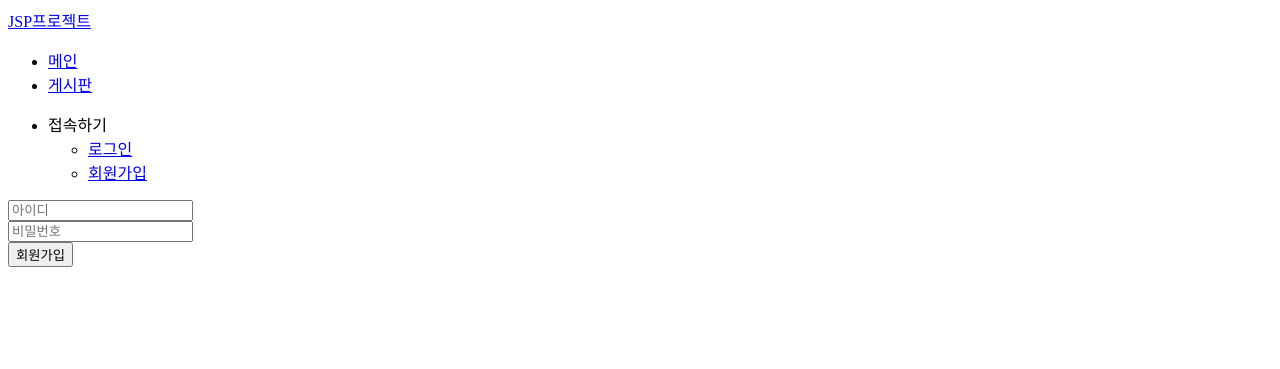
Repository: KimJeongSeok98/ComputerDepartmentPage-JSP
Page: http://localhost/JSP/join.jsp
The author's editor kept a copy of each file at every save. The page is drawn from the files as they stood at one save, then again after the next save.
The browser window is 1280 px wide. The pictures show the whole page.
The page is served by Tomcat 9.

Above is the page before, as saved 2022-06-04 17:19:54.

After the next save:
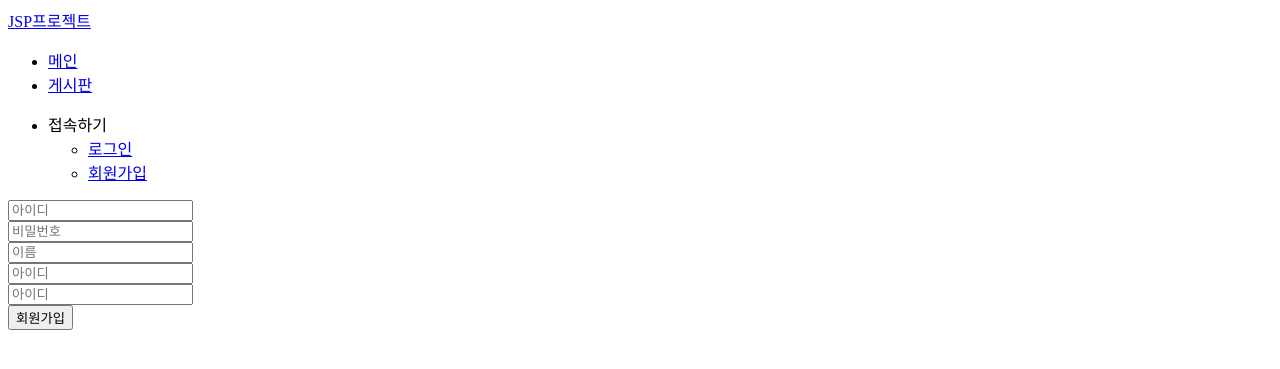
Saved 2 min 43 s later.
--- a/JSP/src/main/webapp/join.jsp
+++ b/JSP/src/main/webapp/join.jsp
@@ -45,6 +45,18 @@
 		</div>
 
 		<div>
+		<input type="text" class="form-control" placeholder="이름" name="userName" maxlength="10"> <!--이름/name="userName" << DB-->
+		</div>
+
+		<div>
+		<input type="text" class="form-control" placeholder="아이디" name="userID" maxlength="10"> <!--아이디/name="userID" << DB-->
+		</div>
+
+		<div>
+		<input type="text" class="form-control" placeholder="아이디" name="userID" maxlength="10"> <!--아이디/name="userID" << DB-->
+		</div>
+
+		<div>
 		<input type="submit" value="회원가입"> <!--회원가입 버튼-->
 		</div>
 
